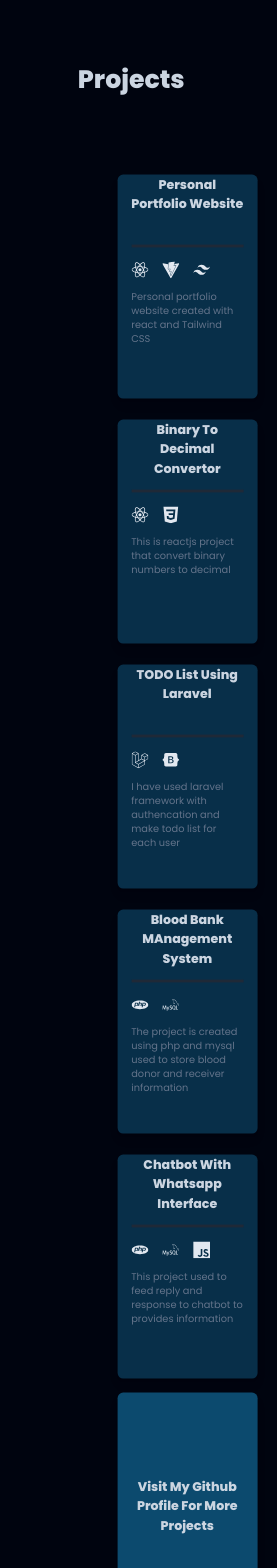
Repository: sibi24sibi/MyPersonalPortfolio
Page: /
The author's editor kept a copy of each file at every save. The page is drawn from the files as they stood at one save, then again after the next save.
The browser window is 375 px wide. The page is 395 px wide, so the pictures cover 395 px, including what lies to the right of the window. The pictures show the part of the page from y = 1978 to 4218 px (the page is 5396 px tall), at 70% of full size.
The project was rebuilt for these pictures with package versions that can differ from the ones it lists, and the page was loaded fresh each time. Also part of the build but not shown: vite.config.js, src/components/Menu.jsx, src/components/Footer.jsx.

Above is the page before, as saved 2024-05-03 20:24:09.

### index.html
<!DOCTYPE html>
<html lang="en">

<head>
  <meta charset="UTF-8" />
  <link rel="icon" type="image/svg+xml" href="" />
  <meta name="viewport" content="width=device-width, initial-scale=1 , maximum-scale=1 ,user-scalable=no" />
  <title>
    Personal Portfolio
  </title>
</head>

<body className="darkMode">
  <div id="root" className="px-5 w-screen"></div>
  <script type="module" src="/src/main.jsx"></script>
</body>

</html>

### src/index.css
@import url('https://fonts.googleapis.com/css2?family=Poppins:wght@300;400;500;600;800&display=swap');
@tailwind base;
@tailwind components;
@tailwind utilities;

html {
    @apply overflow-x-hidden scroll-smooth
}

body {

    @apply dark:bg-[#00040f] bg-[#e2e2e2ab]
}

### src/App.jsx
import Navbar from "./components/Navbar";
import About from "./components/About";

import Education from "./components/Education";
import Projects from "./components/Projects";
import Skills from "./components/Skills";

import HashLoader from "react-spinners/HashLoader";
import CTA from "./components/CTA";
import MyEmailLayout from "./components/email";
import Footer from "./components/Footer";


import { useState, useEffect } from "react";

const override = {
  display: "flex",
  justifyContent: "center",
  alignItems: "center",
  marginTop: "5rem",
  borderColor: "red",
};

const App = () => {
  const [loading, setLoading] = useState(true);

  useEffect(() => {
    setLoading(true);
    setTimeout(() => {
      setLoading(false);
    }, 3000);
  }, []);
  return (
    <>
      {loading ? (
        <div className="flex h-screen w-screen justify-center items-center bg-[#00040f] ">
          <HashLoader
            color="#0891b2"
            loading={loading}
            cssOverride={override}
            size={90}
            aria-label="Loading Spinner"
            data-testid="loader"
          />
        </div>
      ) : (
        <div className=" flex flex-col justify-center items-center">
          <Navbar></Navbar>
          <About></About>
          <Skills></Skills>
          <Education></Education>
          <Projects></Projects>
          <CTA></CTA>
          <MyEmailLayout></MyEmailLayout>
          {/* <Footer></Footer> */}
        </div>
      )}
    </>
  );
};
export default App;

### src/components/Navbar.jsx
import { CgMenuRightAlt } from "react-icons/cg";
import { HiSun, HiMoon } from "react-icons/hi";
import { useState, useEffect } from "react";
import Menu from "./Menu";

const Navbar = () => {
  const [nav, setNav] = useState(false);

  const [theme, setTheme] = useState("light");

  useEffect(() => {
    if (theme === "dark") {
      document.documentElement.classList.remove("dark");
    } else {
      document.documentElement.classList.add("dark");
    }
  }, [theme]);

  const handleTheme = () => {
    setTheme(theme === "dark" ? "light" : "dark");
  };

  return (
    <>
      <section className="NAVBAR sticky top-0 backdrop-blur-[5px] z-10 pt-5  translate-x-[20px] min-w-full mt-5 font-['Poppins']  max-sm:p-2 max-sm:mx-1 max-sm:max-h-[48px] ">
        <div className="flex  justify-between capitalize md:ml-9 sm:ml-2">
          <div className="LOGO ">
            <a
              href="#"
              className="text-3xl bg-gradient-to-r from-blue-600 to-cyan-600 bg-clip-text text-transparent dark:text-cyan-500 max-sm:text-2xl"
            >
              {"Portfolio"}
            </a>
          </div>
          <div className="NAVLINKS min-w-full pr-9 text-[20px] translate-x-[-160px]  max-sm:hidden flex justify-end gap-12 text-[#00040f] dark:text-[#e1e1e1] ">
            <a href="#about" className=" hover:text-cyan-500">
              Home
            </a>
            <a href="#experience" className="hover:text-cyan-500">
              Experience
            </a>
            {/* <a href="#education" className="hover:text-cyan-500 ">
              Education
            </a> */}
            <a href="#projects" className="hover:text-cyan-500 ">
              Projects
            </a>
            <a href="#contact" className="hover:text-cyan-500 ">
              Contact
            </a>

            <button onClick={handleTheme}>
              {theme === "dark" ? (
                <HiMoon className="-translate-y-1 text-2xl" />
              ) : (
                <HiSun className="-translate-y-1 text-2xl" />
              )}
            </button>

            </div>
            </div>
          <button onClick={() => setNav(!nav)}>
            <CgMenuRightAlt className="hidden max-sm:block mr-5   absolute top-2  right-10 md:transform-none text-[#00040f] dark:text-[#e1e1e1] text-[32px]" />
          </button>


        {nav && <Menu />}

      </section>



    </>
  );
};
export default Navbar;

### src/components/About.jsx
import Lottie from "lottie-react";
import computer from "../assets/lottie/computer.json";

const About = () => {
  return (
    <>
      <section
        id="about"
        className="p-5 mx-2 mb-10 font-medium font-['Poppins'] max-w-6xl max-sm:p-2 max-sm:mx-5"
      >
        <div className="WRAPPER mt-12 flex justify-between max-sm:flex-col gap-35">
        <div className="INTRO text-[70px] leading-[80px] font-semibold max-sm:text-[40px] max-sm:leading-[70px] max-sm:font-semibold">
            <h3 className="text-[#00040f] dark:text-white">
              Hi, there! <br />I am
            </h3>
            <span className="bg-clip-text text-transparent bg-gradient-to-r  from-blue-600 to-cyan-600 dark:from-cyan-500 dark:to-slate-200">
             Sibi Chakraborthy.

            </span>

            <p className="ABOUT h-[100px] text-xl max-sm:text-[15px] bg-clip-text text-transparent  bg-gradient-to-r  from-[#00040f] to-slate-500 dark:from-slate-500 dark:to-slate-200 max-w-[470px] mt-5 pl-1">
            Design is not just what it looks like and feels like. Design is how it works.
            </p>
          </div>
        <div className="div">
          <Lottie
            animationData={computer}
            loop={true}
            className="max-w-[650px] "
          />
          </div>
        </div>
      </section>
    </>
  );
};
export default About;

### src/components/Education.jsx
import Lottie from "lottie-react";
import education from "../assets/lottie/education.json";
import SAEC from "../assets/SAEC.png";
import AOS from "aos";

import { useEffect } from "react";

const Education = () => {
  useEffect(() => {
    AOS.init();
  }, []);
  return (
    <section
      id="education"
      className="EXPERIENCE max-w-6xl p-5 mx-20 mb-25 font-['Poppins']  max-sm:p-2 max-sm:mx-5"
    >
      <div className="WRAPPER mt-10">
        <h1 className="text-[#00040f] dark:text-slate-300 text-center font-extrabold text-5xl mb-5 max-sm:text-4xl   ">
          Education
        </h1>

        <div
          className="EDUCATION flex gap-7 justify-between flex-row-reverse max-sm:flex-col"
          data-aos="fade-right"
        >
          <div className="max-w-[520px] mt-[52px] p-7 max-sm:p-3">
            <div className="flex gap-5">
              <img
                src={SAEC}
                alt="SAEC"
                className="w-[150px] h-[100px]"
              />
              <h1 className="bg-clip-text text-transparent bg-gradient-to-r max-sm:text-[17px] from-amber-500 via-orange-600 to-yellow-500 dark:from-[#ff6600] dark:to-slate-100 font-semibold text-2xl w-[300px] h-[100px] tracking-wider ">
                Syed Ammal engineering college
              </h1>
            </div>

            <div className="mt-7 flex flex-col gap-5 text-left pl-4">
              <h3 className="capitalize  text-slate-800 dark:text-slate-300 text-xl max-sm:text-lg">
                Bachelor of technology
              </h3>
              <p className="italic capitalize text-gray-500 dark:text-slate-500 text-xl max-sm:text-lg leading-9">
                November 2020 - May 2024
              </p>

              <p className="capitalize text-gray-500 dark:text-slate-500 text-xl max-sm:text-lg leading-9">
                Computer Science and Engineering
              </p>
            </div>
          </div>
          <Lottie
            animationData={education}
            loop={true}
            className="max-w-[500px]"
          />
        </div>
      </div>
    </section>
  );
};
export default Education;

### src/components/Projects.jsx
import Project_prop from "./Project_prop";
import {
  GPT4,
  Portfolio,
  Rocket,
  WellBeing,
  Game,
} from "../constants/Constant";
import Tooltip from "@mui/material/Tooltip";
import IconButton from "@mui/material/IconButton";
import AOS from "aos";
import "aos/dist/aos.css";
import { useEffect } from "react";
import {
  SiReact,
  SiTailwindcss,
  SiVite,
  SiHtml5,
  SiCss3,
  SiJavascript,
  SiLaravel,
  SiBootstrap,
  SiPhp,
  SiWordpress,
  SiMysql,
} from "react-icons/si";

const Projects = () => {
  useEffect(() => {
    AOS.init();
  }, []);
  return (

<>

<section
      id="projects"
      className="EXPERIENCE p-5 mx-5 min-h-screen font-['Poppins']   max-sm:p-2 max-sm:mx-5"
    >
<h1 className="text-[#00040f] dark:text-slate-300 text-center font-extrabold text-5xl mb-24  max-sm:text-4xl  ">
          Projects
</h1>
<div className="container flex justify-center flex-col md:flex-row">


<Project_prop
            title="Personal Portfolio Website"
            para="Personal portfolio website created with react and Tailwind CSS"
            img={Portfolio}
            link=""
            github_link=""
            react={
              <Tooltip title="React" arrow>
                <IconButton>
                  <SiReact className="dark:text-slate-200 text-black" />
                </IconButton>
              </Tooltip>
            }
            tailwindcss={
              <Tooltip title="TailWind CSS" arrow>
                <IconButton>
                  <SiTailwindcss className=" dark:text-slate-200 text-black" />
                </IconButton>
              </Tooltip>
            }
            vite={
              <Tooltip title="Vite" arrow>
                <IconButton>
                  <SiVite className=" dark:text-slate-200 text-black" />
                </IconButton>
              </Tooltip>
            }


  />
<Project_prop
            title="Binary to decimal convertor"
            para="This is reactjs project that convert binary numbers to decimal"
            img={Portfolio}
            link=""
            github_link=""
            react={
              <Tooltip title="React" arrow>
                <IconButton>
                  <SiReact className="dark:text-slate-200 text-black" />
                </IconButton>
              </Tooltip>
            }
            css3={
              <Tooltip title="React" arrow>
                <IconButton>
                  <SiCss3 className="dark:text-slate-200 text-black" />
                </IconButton>
              </Tooltip>
            }
  />


<Project_prop
            title="TODO List using Laravel"
            para="I have used laravel framework with authencation and make todo list for each user"
            img={Portfolio}
            link=""
            github_link=""
            laravel={
              <Tooltip title="Laravel" arrow>
                <IconButton>
                  <SiLaravel className=" dark:text-slate-200 text-black" />
                </IconButton>
              </Tooltip>
            }
            bootstrap={
              <Tooltip title="Bootstrap" arrow>
                <IconButton>
                  <SiBootstrap className=" dark:text-slate-200 text-black" />
                </IconButton>
              </Tooltip>
            }

  />
  <Project_prop
            title="Blood Bank MAnagement System"
            para="The project is created using php and mysql used to store blood donor and receiver information"
            img={Portfolio}
            link=""
            github_link=""
            php={
              <Tooltip title="PHP" arrow>
                <IconButton>
                  <SiPhp className=" dark:text-slate-200 text-black" />
                </IconButton>
              </Tooltip>
            }
            mysql={
              <Tooltip title="Mysql" arrow>
                <IconButton>
                  <SiMysql className=" dark:text-slate-200 text-black" />
                </IconButton>
              </Tooltip>
            }

  />
  <Project_prop
            title="Chatbot with Whatsapp interface"
            para="This project used to feed reply and response to chatbot to provides information"
            img={Portfolio}
            link=""
            github_link=""
            php={
              <Tooltip title="PHP" arrow>
                <IconButton>
                  <SiPhp className=" dark:text-slate-200 text-black" />
                </IconButton>
              </Tooltip>
            }
            mysql={
              <Tooltip title="Mysql" arrow>
                <IconButton>
                  <SiMysql className=" dark:text-slate-200 text-black" />
                </IconButton>
              </Tooltip>
            }
            javascript={
              <Tooltip title="JavaScript" arrow>
                <IconButton>
                  <SiJavascript className=" dark:text-slate-200 text-black" />
                </IconButton>
              </Tooltip>
            }
  />
  <div className="card flex bg-blue-200 dark:bg-sky-900 rounded-lg shadow-lg items-center justify-center ">
        <h3
        className=" title capitalize font-bold h-20 text-slate-800 dark:text-slate-300 text-xl max-sm:text-lg m-5 text-center "
        >
          Visit my Github Profile for more projects
        </h3>

  </div>

  </div>
</section>

</>



  );
};
export default Projects;

### src/components/Skills.jsx
import {
  HTML,
  CSS,
  Github,
  Git,
  Vite,
  TailwindCSS,
  react,
  Python,
  Javascript,
  CPP,
  C,
  Vue,
  nodejs
} from "../constants/Constant";

import AOS from "aos";
import "aos/dist/aos.css";
import { useEffect } from "react";
import Image from "./Img_prop";

const Skills = () => {
  useEffect(() => {
    AOS.init();
  }, []);
  return (
    <>
      <section className="EXPERIENCE p-5  mb-10 max-w-6xl  font-['Poppins']  max-sm:p-2 max-sm:mx-5">
        <div>
        <h1 className="text-[#00040f] dark:text-slate-300 font-extrabold text-5xl text-center max-sm:text-4xl ">
          SKILLS
        </h1>
        </div>
        <div
          className=" grid place-content-start  grid-cols-3 gap-4 max-sm:p-2 mt-10"
          data-aos="zoom-out-up"
        >
          <Image img={HTML}></Image>
          <Image img={CSS}></Image>
          <Image img={Javascript}></Image>
          <Image img={react}></Image>
          <Image img={TailwindCSS}></Image>
          {/* <Image img={Vue}></Image>
          <Image img={CPP}></Image>
          <Image img={C}></Image> */}
          <Image img={Python}></Image>
          {/* <Image img={Vite}></Image> */}
          <Image img={Git}></Image>
          <Image img={Github}></Image>
          <Image img={nodejs}></Image>
        </div>
      </section>
    </>
  );
};
export default Skills;

### src/components/CTA.jsx
function CTA() {
  const resumeLink = "/Sibi-Chakraborthy-V.pdf";
  return (
    <div id="resume" className="pt-36 max-w-6xl resume relative w-full flex justify-center ">

      <div className="pt-14 mx-20 pb-40">
        <h2 className="text-4xl md:text-5xl max-sm:text-[35px] max-sm:leading-[60px] font-bold mb-10 text-[#00040f] dark:text-white text-center">
          Need to know about me more
        </h2>
        <div className="flex justify-center ">
        <a
          href={resumeLink}
          className="cursor-pointer font-bold whitespace-nowrap
        mt-6 px-8 py-3 dark:text-[#e1e1e1] border-2 rounded-full border-[#808080]  bg-bg hover:bg-fun-pink hover:border-fun-pink transition-colors inline-flex items-center"
        >
          <svg class="fill-current w-4 h-4 mr-2" xmlns="http://www.w3.org/2000/svg" viewBox="0 0 20 20"><path d="M13 8V2H7v6H2l8 8 8-8h-5zM0 18h20v2H0v-2z"/></svg>
          <span>Resume</span>

        </a>

        </div>
      </div>


    </div>
  );
}

export default CTA;

### src/components/email.jsx
import React, { useRef, useEffect } from "react";
import emailjs from '@emailjs/browser';



const MyEmailLayout = () => {
  const form = useRef();

  useEffect(() => {
    // Initialize emailjs
    emailjs.init('-fw29uVaf1UZJqOVT');
  }, []);

  const sendEmail = (e) => {
    e.preventDefault();

    emailjs

      .sendForm('service_hgvjibu', 'template_f9rmzk9', form.current)
      .then(
        () => {
          alert('Email sent successfully!');
        },
        (error) => {
          alert('Failed to send email. Please try again later.');
          console.error('Email Error:', error);
        }
      );
  };

  return (
    <div   className="mb-20 max-w-6xl" id="contact">

      <div className=" mx-10 max-sm:mx-5 ">
      <div className="div">
      <h1 className="text-2xl dark:text-[#e1e1e1] font-bold mb-4 ">SEND ME A EMAIL</h1>
      </div>
      <form ref={form} onSubmit={sendEmail}>
        <div className="grid  grid-cols-2 gap-4 flex justify-center">
          <div>
            <label htmlFor="name" className="dark:text-[#e1e1e1]">Name</label>
            <input
              type="text"
              id="name"
              name="user_name"
              className="px-3 py-2 placeholder-gray-400 text-gray-600 relative dark:bg-slate-300 bg-stone-300 rounded text-sm border-0 shadow outline-none focus:outline-none focus:ring  w-full"
            />
          </div>
          <div>
            <label htmlFor="email" className="dark:text-[#e1e1e1]">Email</label>
            <input
              type="email"
              id="email"
              name="user_email"
              className="px-3 py-2 placeholder-gray-400 text-gray-600 relative dark:bg-slate-300 bg-stone-300 rounded text-sm border-0 shadow outline-none focus:outline-none focus:ring w-full"
            />
          </div>
        </div>
        <label htmlFor="message" className="dark:text-[#e1e1e1]">Message</label>
        <textarea
          placeholder=""
          name="message"
          className="px-3 py-2 placeholder-gray-400 text-gray-600 relative dark:bg-slate-300 bg-stone-300 rounded text-sm border-0 shadow outline-none focus:outline-none focus:ring h-40 w-full "
        ></textarea>
        <button
          type="submit"
          className="bg-blue-500 rounded-full text-white px-4 py-2 mt-4 float-right"
          value="Send"
        >
          Send Email
        </button>
      </form>
      </div>
    </div>
  );
};

export default MyEmailLayout;

### src/components/Project_prop.jsx
/* eslint-disable react/prop-types */

import "./proj_style.css";


const Project_prop = (props) => {
  return (
    <>


    <div className="proj-area ">
      <div className="card bg-blue-100 dark:bg-sky-950 rounded-lg shadow-lg aspect-w-16 aspect-h-9 ">
        <h3
        className="title capitalize font-bold h-20 text-slate-800 dark:text-slate-300 text-xl max-sm:text-lg m-5 text-center"
        >
          {props.title}
        </h3>
            <div className="bar h-1 min-w-40 dark:bg-gray-800  bg-slate-600  mx-5"></div>
        <div className="flex gap-1 ml-3 mt-3 ">
                {props.react}
                {props.vite}
                {props.html5}
                {props.css3}
                {props.php}
                {props.mysql}
                {props.javascript}
                {props.tailwindcss}
                {props.laravel}
                {props.bootstrap}
                {props.wordpress}

        </div>
        <p className="dark:text-slate-500 mt-2 text-sm px-5  select-none">
          {props.para}
        </p>
      </div>
    </div>



    </>
  );
};
export default Project_prop;

### src/constants/Constant.jsx
import C from "../assets/C.png";
import CPP from "../assets/CPP.png";
import HTML from "../assets/HTML.png";
import Github from "../assets/Github.png";
import CSS from "../assets/CSS.png";
import Python from "../assets/Python.png";
import Javascript from "../assets/Javascript.png";
import Git from "../assets/Git.png";
import Vite from "../assets/Vite.png";
import TailwindCSS from "../assets/TailwindCSS.png";
import react from "../assets/react.png";
import Vue from "../assets/vue.png";
import nodejs from "../assets/nodejs.png";

import Hackthechain from "../assets/HackTheChainLogo.png";
import GSSOC from "../assets/GSSoc.jpg";
import IITB from "../assets/IITB.png";
import Sports from "../assets/Sports_Club.png";
import IIITians from "../assets/IIITians_Network.png";
import GDSC from "../assets/GDSC.png";
import KDE from "../assets/kde.png";
import Oppia from "../assets/oppia.png";

import GPT4 from "../assets/gpt4.jpg";
import Portfolio from "../assets/portfolio.jpg";
import Rocket from "../assets/Rocket.jpg";
import Game from "../assets/Stone.jpg";
import WellBeing from "../assets/well-being.jpg";

export {
  C,
  CPP,
  HTML,
  CSS,
  Github,
  Git,
  Vite,
  TailwindCSS,
  react ,
  Python,
  Javascript,
  Vue,
  Hackthechain,
  GSSOC,
  IITB,
  Sports,
  IIITians,
  GPT4,
  Portfolio,
  Rocket,
  WellBeing,
  Game,
  GDSC,
  KDE,
  nodejs,
  Oppia,
};

### src/components/Img_prop.jsx
const Img_prop = ({ img }) => {
  return (
    <>
      <div className="mr-60 w-[100px] max-sm:w-[75px] h-[100px] max-sm:h-[75px] shadow-xl shadow-slate-300 dark:shadow-lg dark:shadow-blue-500/50 bg-gradient-to-bl from-[#ccc] to-[#eee] dark:from-[#051937] dark:to-[#222] rounded-full place-content-center grid translate-x-[100px] max-sm:translate-x-1">
        <img src={img} alt="html" className="max-sm:h-[45px] h-[55px] " />
      </div>
    </>
  );
};
export default Img_prop;

### src/components/proj_style.css



  .card {
    position: relative;
    left: 0px;
    width: 200px;
    height: fit-content;
    min-height: 320px;
    padding-bottom: 10px;
  }

  .card:not(:first-child) {
      margin-left: -50px;
  }

  .card:hover {
    transform: translateY(-20px);
    transition: 0.4s ease-out;
  }

  .card:hover ~ .card {
    position: relative;
    left: 50px;
    transition: 0.4s ease-out;
  }

@media only screen and (max-width: 600px) {

  .card {
    position:relative;
    left:80px;
    padding-bottom:unset;
    top: 0px;
    margin:10px;
  }
  .card:hover {
    transform:unset ;
    transition:unset;
    margin-left:unset;
  }
  .card:not(:first-child) {
    margin-left:auto;
  }
  .card:hover ~ .card {
    position:unset;
    left:unset;
    transition:unset;
  }
}

Loaded but not shown: src/main.jsx (common file); src/assets/lottie/computer.json (common file); src/assets/lottie/Education.json (common file); tailwind.config.js (common file)

After the next save:
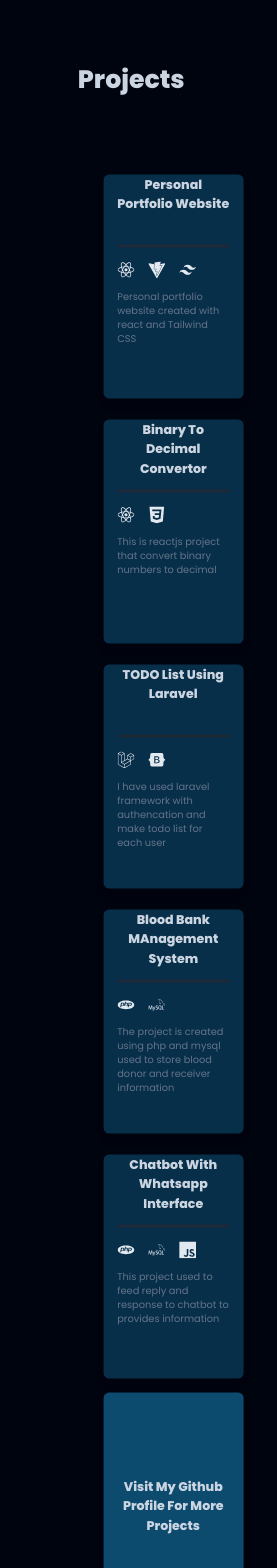
Saved 19 s later.
--- a/src/components/proj_style.css
+++ b/src/components/proj_style.css
@@ -29,10 +29,11 @@
 
   .card {
     position:relative;
-    left:80px;
+    left:60px;
     padding-bottom:unset;
     top: 0px;
     margin:10px;
+    padding-bottom:unset;
   }
   .card:hover {
     transform:unset ;
